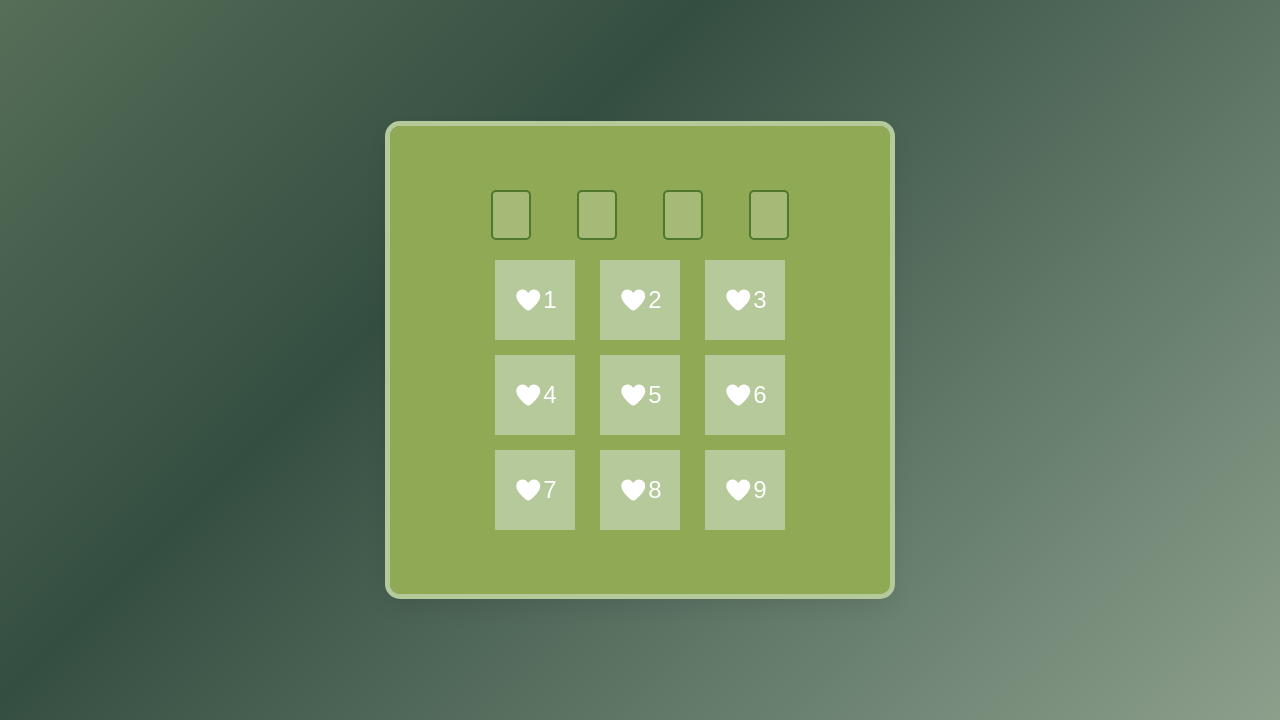
Repository: jahatesu/project-cutie
Page: index.html
An editor plug-in stored every save of this project. The page is shown before and after the next save, followed by the edit.
The browser window is 1280 px wide. The pictures show the whole page.
Some web libraries are served in a nearby version.

Above is the page before, as saved 2025-08-14 21:20:26.
Console error: TypeError: Cannot read properties of null (reading 'getBoundingClientRect')

### index.html
<!DOCTYPE html>
<html lang="en">
<head>
    <meta charset="UTF-8"
    meta http-equiv="X-UA-Compatible" content="IE=edge">
    <meta name="viewport" content="width=device-width, initial-scale=1.0">
    <title>idk yet</title>
    <link rel="stylesheet" href="https://cdnjs.cloudflare.com/ajax/libs/font-awesome/7.0.0/css/all.min.css">
    <link rel="stylesheet" href="style.css">
</head>

<body>
    <div class="wrapper">
        <!-- <i class="fa-solid fa-heart"></i>
        <h2 class="question">Do you wanna see why I think you’re the cutest?</h2>
        <div class="btn-group">
            <button class="btn-yes">Yes</button>
            <button class="btn-no">No</button>
        </div> -->

        <!-- PIN DISPLAY -->
         <div class="pin-display">
            <div class="pin-box"></div>
            <div class="pin-box"></div>
            <div class="pin-box"></div>
            <div class="pin-box"></div>
         </div>

         <!-- HEART BUTTONS -->
         <div class="heart-pad">
            <button data-num="1"><i class="fa-solid fa-heart"></i>1</button>
            <button data-num="2"><i class="fa-solid fa-heart"></i>2</button>
            <button data-num="3"><i class="fa-solid fa-heart"></i>3</button>
            <button data-num="4"><i class="fa-solid fa-heart"></i>4</button>
            <button data-num="5"><i class="fa-solid fa-heart"></i>5</button>
            <button data-num="6"><i class="fa-solid fa-heart"></i>6</button>
            <button data-num="7"><i class="fa-solid fa-heart"></i>7</button>
            <button data-num="8"><i class="fa-solid fa-heart"></i>8</button>
            <button data-num="9"><i class="fa-solid fa-heart"></i>9</button>
        </div>
    </div>

    <script src="script.js"></script>


</body>
</html>

### style.css
:root{
    --bg1:#e9f5db;
    --bg2:#90a955;
    --accent:#b5c99a;
    --ink:#232323;
    --splash-duration: 2600ms;
  }

*{
    margin: 0;
    padding: 0;
    box-sizing: border-box;
}

html, body {
    display: flex;
    justify-content: center;
    align-items: center;
    min-height: 100vh;
  width: 100%;
  height:100%;
}

body {
    background: linear-gradient(-45deg, #e9f5db, #344e41, #b5c99a, #23d5ab);
    background-size: 400% 400%;
    animation: gradient 15s ease infinite;
}

@keyframes gradient {
    0% {
        background-position: 0% 50%;
    }
    50% {
        background-position: 100% 50%;
    }
    100% {
        background-position: 0% 50%;
    }
}
.wrapper{
    position: relative;
    width: 90%;
    padding: 5%;
    max-width: 500px;
    margin: 50px 50px;
    height: fit-content;
    /* max-height: 50%; */
    background: #90a955;
    border-radius: 10px;
    display: flex;
    justify-content: center;
    align-items: center;
    box-shadow: 0 10px 25px rgba(0,0,0,0.1);
    flex-direction: column;
    text-align: center;
    outline: 5px solid #b5c99a;
}

.pin-display{
  display: flex;
  justify-content: space-between;
  margin-bottom: 20px;
  width: 80%;
}

.pin-box{
  width: clamp(30px, 9vw, 40px);
  height: clamp(30px, 9vw, 50px);
  border: 2px solid #4f772d;
  border-radius: 5px;
  background: rgba(255,255,255,0.2);
}

.heart-pad {
  display: grid;
  grid-template-columns: repeat(3, 1fr); /* 3 columns evenly spaced */
  gap: 15px;
  width: 100%;             /* take full width of wrapper */
  max-width: 300px;        /* optional max width */
  justify-items: center;    /* center buttons in each grid cell */
  margin: 0 auto;           /* center grid horizontally */
}

.heart-pad button {
  width: 80px;
  height: 80px;
  font-size: 1.5rem;
  display: flex;             /* center number inside heart */
  justify-content: center;
  align-items: center;
  color: white;
  border: none;
  cursor: pointer;
  background: #b5c99a;
  transition: transform 0.1s ease;
}

.heart-pad button:active {
  transform: scale(0.95); /* cute click effect */
}


/* .wrapper i {
  font-size: 50px;
  margin-bottom: 10px;
  color: #e9f5db;
}

i{
    font-size:7.5em;
    color: #e9f5db;
    border: 5px solid transparent;
}

h2{
    font-size: 2em;
    color: #e9f5db;
    margin: 15px 0;
}
@media (max-width: 600px) {
  .h2 {
    font-size: 1.2rem;
  }
}

.btn-group{
    width: 100%;
    height: 40px;
    display: flex;
    justify-content: center;
    margin-top: 15px;
}

button {
    position: absolute;
    width: 150px;
    height: inherit;
    font-size: 1.2em;
    color: #e9f5db;
    font-weight: 600;
    border-radius: 30px;
    border: 2px solid #4f772d;
    cursor: pointer;
    box-shadow: 0 5px 15px rgba(0,0,0,0.3);
}

button:nth-child(1){
    margin-left: -200px;
    background: #4f772d;
    color: #b5c99a;
}

button:nth-child(2){
    margin-right: -200px;
    color: #b5c99a;
}

@media (max-width: 400px) {
  .question {
    font-size: 5vw;
  }
  button {
    font-size: 4vw;
  }
} */

### script.js
const wrapper = document.querySelector(".wrapper");
const question = document.querySelector(".question");
const yesBtn = document.querySelector(".btn-yes");
const noBtn = document.querySelector(".btn-no");

const wrapperRect = wrapper.getBoundingClientRect();
const noBtnRect = noBtn.getBoundingClientRect();


yesBtn.addEventListener('click', () => {
    question.innerHTML = 'I knew it! Love you too <3 ';
})

noBtn.addEventListener('mouseover', () => {
    const i = Math.floor(Math.random() * (wrapperRect.width - noBtnRect.width));
    const j = Math.floor(Math.random() * (wrapperRect.height - noBtnRect.height));
    noBtn.style.left = i + "px";
    noBtn.style.top = j + "px";
})

After the next save:
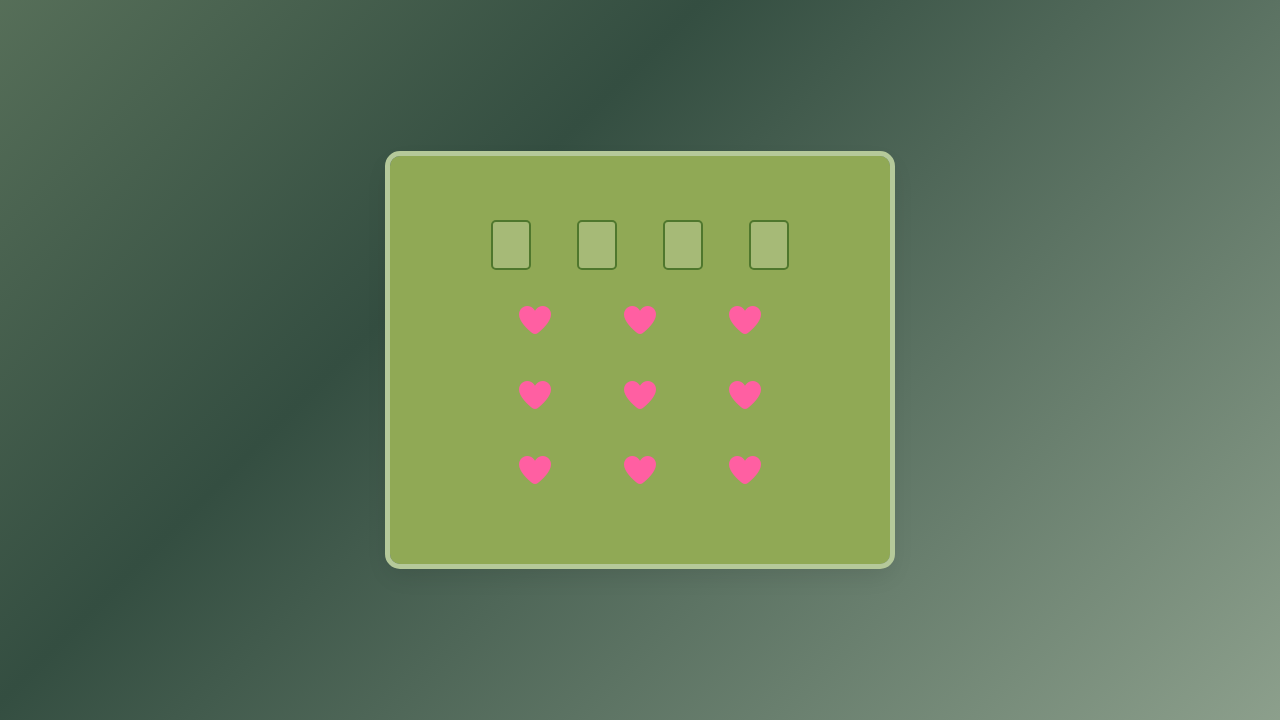
Saved 32 s later.
--- a/style.css
+++ b/style.css
@@ -74,30 +74,39 @@ body {
 
 .heart-pad {
   display: grid;
-  grid-template-columns: repeat(3, 1fr); /* 3 columns evenly spaced */
+  grid-template-columns: repeat(3, 1fr);
   gap: 15px;
-  width: 100%;             /* take full width of wrapper */
-  max-width: 300px;        /* optional max width */
-  justify-items: center;    /* center buttons in each grid cell */
-  margin: 0 auto;           /* center grid horizontally */
+  width: 100%;
+  max-width: 300px;
+  justify-items: center;
+  margin: 0 auto;
 }
 
 .heart-pad button {
-  width: 80px;
-  height: 80px;
-  font-size: 1.5rem;
-  display: flex;             /* center number inside heart */
+  position: relative;
+  width: 60px;
+  height: 60px;
+  background: none;        /* remove default button background */
+  border: none;
+  cursor: pointer;
+  font-size: 1.2rem;
+  color: white;
+  display: flex;
   justify-content: center;
   align-items: center;
-  color: white;
-  border: none;
-  cursor: pointer;
-  background: #b5c99a;
-  transition: transform 0.1s ease;
 }
 
-.heart-pad button:active {
-  transform: scale(0.95); /* cute click effect */
+.heart-pad i {
+  position: absolute;      /* behind the number */
+  font-size: 2rem;         /* heart size */
+  color: #ff5fa2;          /* heart color */
+  z-index: 0;
+}
+
+.heart-pad button span {
+  position: relative;
+  z-index: 1;              /* number above the heart */
+  font-weight: bold;
 }
 
 
